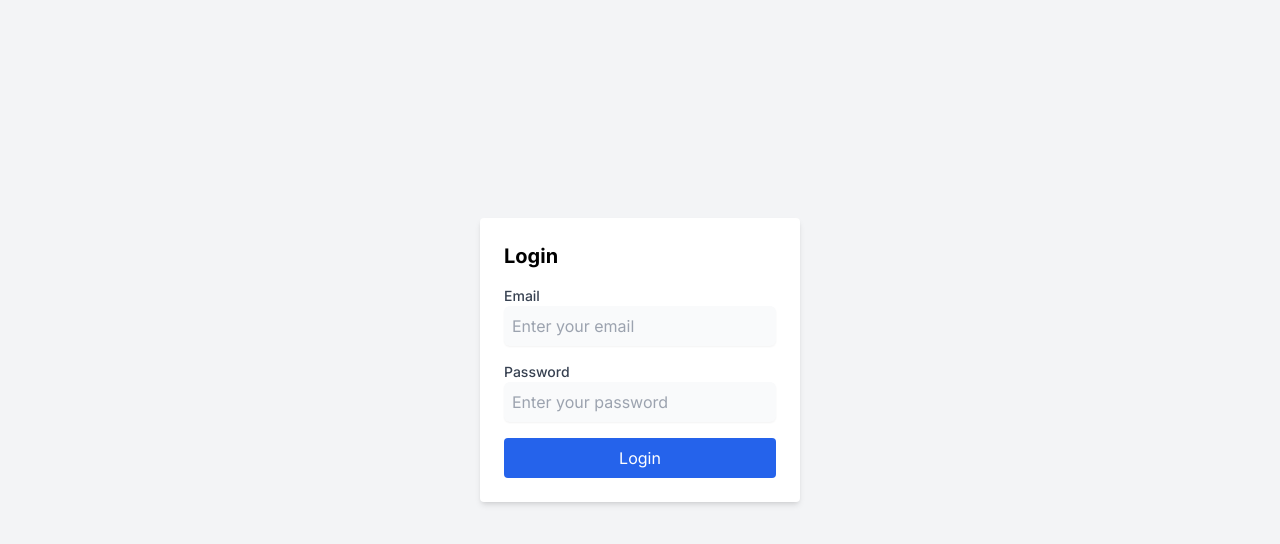
Repository: MaramMaryam/jedu
Page: /login
The author's editor kept a copy of each file at every save. The page is drawn from the files as they stood at one save, then again after a run of saves.
The browser window is 1280 px wide. The pictures show the whole page.
The project was rebuilt for these pictures with package versions that can differ from the ones it lists, and the page was loaded fresh each time. The framework's server and built-in components were replaced by stand-ins that run in the browser. Also part of the build but not shown: next.config.mjs.

Above is the page before, as saved 2024-08-31 09:44:34.

After the next 2 saves:
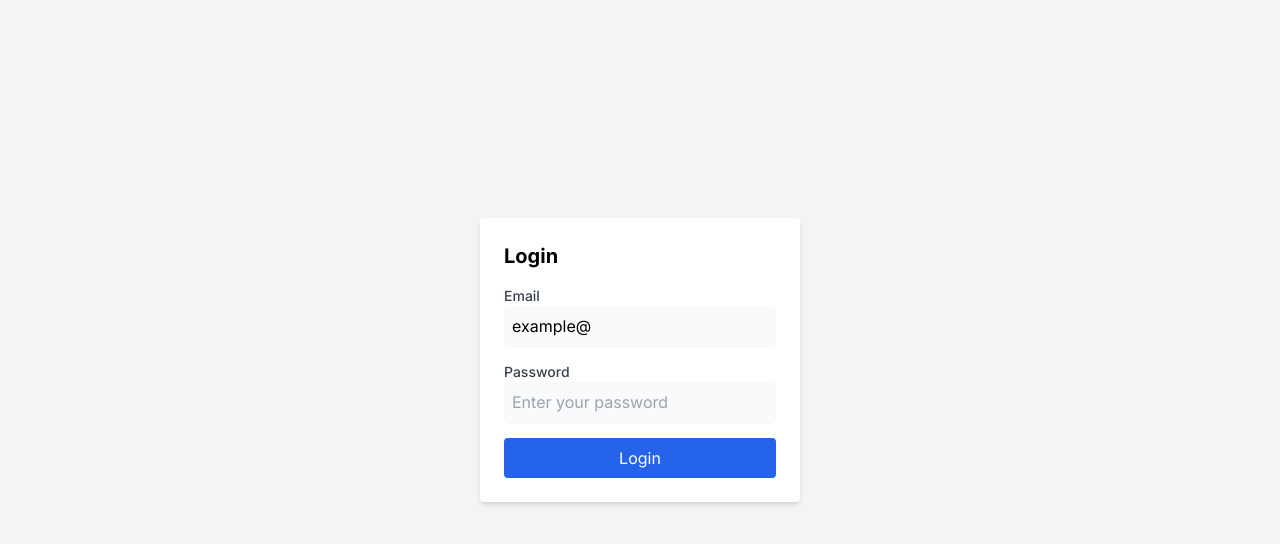
The 2 saves are shown as one change because they came seconds apart.
The last was saved 16 s later.
--- a/src/app/login/page.tsx
+++ b/src/app/login/page.tsx
@@ -7,7 +7,7 @@ import { TextInputBox } from '../components/forms/TextInputBox';
 import { loginSchema } from "./validation";
 
 export default function Login() {
-   const initVal = { email: '', password: '' }
+   const initVal = { email: 'example@', password: '' }
   return (
     <div className="flex items-center justify-center min-h-screen bg-gray-100">
         <Formik  initialValues={initVal}
